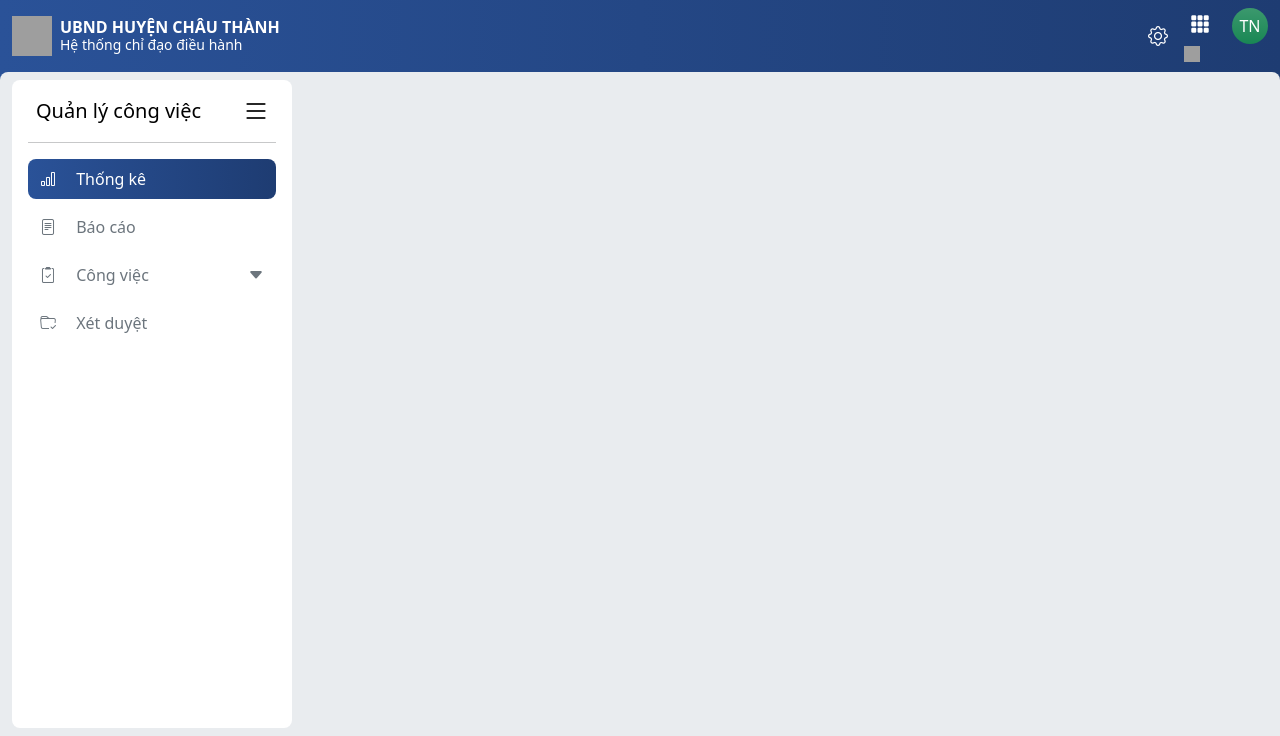
Repository: mys-pro/DATT-HeThongChiDaoDieuHanh
Page: index.html
An editor plug-in stored every save of this project. The page is shown before and after the next save, followed by the edit.
The browser window is 1280 px wide. The pictures show the whole page.
Pictures or frames that could not be fetched are drawn as grey boxes.

Above is the page before, as saved 2024-04-21 14:54:37.

### index.html
<!DOCTYPE html>
<html lang="en">

<head>
    <meta charset="UTF-8">
    <meta name="viewport" content="width=device-width, initial-scale=1.0">
    <link rel="icon" href="./Assets/Image/icon.png" />
    <title>Hệ thống chỉ đạo điều hành</title>
    <link rel="stylesheet" href="./Bootstrap/bootstrap-icons-1.11.3/font/bootstrap-icons.min.css">
    <link rel="stylesheet" href="./Bootstrap/bootstrap-5.3.3-dist/css/bootstrap.min.css">
    <link rel="stylesheet" href="./Assets/css/Styles.css">
    <script src="./Assets/js/jquery-3.7.1.min.js"></script>
    <script src="./Bootstrap/bootstrap-5.3.3-dist/js/bootstrap.bundle.min.js"></script>
    <script src="./Assets/js/script.js"></script>
</head>

<body>
    <div class="app">
        <header class="header">
            <nav class="header__navbar navbar">
                <div class="header__navbar-container container-fluid">
                    <a href="#" class="header__navbar-logo navbar-brand p-0 d-flex">
                        <img class="header__navbar-img" src="./Assets/Image/Logo.png" alt="">
                        <div class="header__navbar-name mx-2 text-white align-content-center">
                            <h6 class="fw-bold p-0 m-0">UBND HUYỆN CHÂU THÀNH</h6>
                            <h6 class="fw-normal p-0 m-0">Hệ thống chỉ đạo điều hành</h6>
                        </div>
                    </a>

                    <ul class="header__navbar-list list-inline p-0 m-0 d-flex">
                        <li class="header__navbar-item ms-3 align-content-center">
                            <a class="border-0 bg-transparent rounded-circle text-white">
                                <i class="bi bi-gear fs-5"></i>
                            </a>
                        </li>
                        <li class="header__navbar-item ms-3 align-content-center">
                            <button type="button" class="border-0 bg-transparent rounded-circle text-white"
                            id="dropdown-apps">
                                <i class="bi bi-grid-3x3-gap-fill fs-5"></i>
                            </button>
                            <div class="row-cols-2" id="list-apps">
                                <div class="col">
                                    <img src="./Assets/Image/task-icon.png" alt="" width="16px" height="16px">
                                </div>
                            </div>
                        </li>
                        <li class="header__navbar-item ms-3">
                            <div class="header__navbar-avatar border-0 bg-success bg-gradient rounded-circle text-white text-center align-content-center">TN</div>
                        </li>
                    </ul>
                </div>
            </nav>
        </header>

        <div class="app__container bg-body-secondary rounded-top-3 py-2">
            <div class="container-fluid">
                <div class="sidebar bg-white rounded-3 p-3 open">
                    <div class="side__bar-tile d-flex position-relative">
                        <span class="ms-2 text-black fs-5 text-nowrap">Quản lý công việc</span>
                        <button type="button"
                            class="sidebar__collapse-btn border-0 bg-white position-absolute text-end end-0">
                            <i class="bi bi-list"></i>
                        </button>
                    </div>
                    <hr>

                    <ul class="sidebar-list list-unstyled p-0 m-0">
                        <li class="sidebar-item mb-2">
                            <a href="#" class="rounded-3 text-secondary text-nowrap d-block active">
                                <i class="bi bi-bar-chart me-3"></i>
                                <span>Thống kê</span>
                            </a>
                        </li>

                        <li class="sidebar-item mb-2">
                            <a href="#" class="rounded-3 text-secondary text-nowrap d-block">
                                <i class="bi bi-file-text me-3"></i>
                                <span>Báo cáo</span>
                            </a>
                        </li>

                        <li class="sidebar-item mb-2">
                            <a href="#" class="position-relative rounded-3 text-secondary text-nowrap d-block collapsed"
                                data-bs-toggle="collapse" data-bs-target="#sidebarToggleExternalContent">
                                <i class="bi bi-clipboard2-check me-3"></i>
                                <span>Công việc</span>
                                <i class="bi bi-caret-down-fill"></i>
                            </a>

                            <ul class="sidebar-list-child collapse list-inline text-secondary text-nowrap"
                                id="sidebarToggleExternalContent">
                                <li class="sidebar-item-child mt-2">
                                    <a href="#"
                                        class="text-secondary rounded-3 text-nowrap d-block d-flex justify-content-between align-items-center active">
                                        Tất cả
                                        <span class="badge text-bg-danger rounded-pill">1</span>
                                    </a>
                                </li>
                                <li class="sidebar-item-child mt-2">
                                    <a href="#"
                                        class="text-secondary rounded-3 text-nowrap d-block d-flex justify-content-between align-items-center">
                                        Dự thảo
                                        <span class="badge text-bg-danger rounded-pill">1</span>
                                    </a>
                                </li>
                                <li class="sidebar-item-child mt-2">
                                    <a href="#"
                                        class="text-secondary rounded-3 text-nowrap d-block d-flex justify-content-between align-items-center">
                                        Hoàn thành
                                        <span class="badge text-bg-danger rounded-pill">1</span>
                                    </a>
                                </li>
                                <li class="sidebar-item-child mt-2">
                                    <a href="#"
                                        class="text-secondary rounded-3 text-nowrap d-block d-flex justify-content-between align-items-center">
                                        Chờ phê duyệt
                                        <span class="badge text-bg-danger rounded-pill">1</span>
                                    </a>
                                </li>
                                <li class="sidebar-item-child mt-2">
                                    <a href="#"
                                        class="text-secondary rounded-3 text-nowrap d-block d-flex justify-content-between align-items-center">
                                        Làm lại
                                        <span class="badge text-bg-danger rounded-pill">1</span>
                                    </a>
                                </li>
                                <li class="sidebar-item-child mt-2">
                                    <a href="#"
                                        class="text-secondary rounded-3 text-nowrap d-block d-flex justify-content-between align-items-center">
                                        Bị hủy
                                        <span class="badge text-bg-danger rounded-pill">1</span>
                                    </a>
                                </li>
                            </ul>
                        </li>

                        <li class="sidebar-item mb-2">
                            <a href="#" class="rounded-3 text-secondary text-nowrap d-block">
                                <i class="bi bi-folder-check me-3"></i>
                                <span>Xét duyệt</span>
                            </a>
                        </li>
                    </ul>
                </div>
            </div>
        </div>
    </div>
</body>

</html>

### Assets/css/Styles.css
:root {
    --primary-color: #2a5298;
    --primary-gradient-color: linear-gradient(to left, #1e3c72, #2a5298);
    --bs-body-color: #212529;
}

body {
    overflow: auto;
}

.col-0 {
    display: none;
}

.app {
    background-image: var(--primary-gradient-color);
}
/* ======Navbar====== */
.header__navbar-img {
    width: 40px;
    height: 40px;
}

.header__navbar-name h6:first-child {
    font-size: 16px;
}

.header__navbar-name h6:last-child {
    font-size: 14px;
}

.header__navbar-avatar {
    width: 36px;
    height: 36px;
}

.header__navbar-item a {
    cursor: pointer;
}

.header__navbar-item span {
    top: 25%;
    right: -15px;
}
/* ======Sidebar====== */
.sidebar {
    --height: calc(100vh - 56px - 16px);
    min-height: var(--height);
    width: 72px;
    transition: all .2s ease-out;
}

.sidebar.open {
    width: 280px;
}

.sidebar a {
    padding: 8px 12px;
    text-decoration: none;
    overflow: hidden;
}

.sidebar span {
    overflow: hidden;
}

.sidebar__collapse-btn {
    font-size: 28px;
    line-height: 0;
}

.sidebar-list-child {
    overflow: hidden;
}

.sidebar-item > a:hover {
    background-color: rgba(0, 0, 0, 0.05) !important;
}

.sidebar-item > a:active {
    background-color: rgba(0, 0, 0, 0.1) !important;
}

.sidebar-item > a.active {
    background-image: var(--primary-gradient-color);
    color: white !important;
}

.sidebar:not(.open) .sidebar-list-child {
    display: none;
}

.sidebar-item > a[data-bs-toggle="collapse"].collapsed > i:last-child {
    position: absolute;
    right: 12px;
    top: 0.5rem;
    transform: rotate(0deg);
    transition: all .2s ease-out;
}

.sidebar-item > a[data-bs-toggle="collapse"] > i:last-child {
    position: absolute;
    right: 12px;
    top: 0.5rem;
    transform: rotate(180deg);
    transition: all .2s ease-out;
}

.sidebar:not(.open) .sidebar-item > a[data-bs-toggle="collapse"] > i:last-child {
    display: none;
}

.sidebar-item-child > a:not(.active):hover {
    background-color: rgba(0, 0, 0, 0.05) !important;
}

.sidebar-item-child > a:not(.active):active,
.sidebar-item-child > a.active {
    background-color: rgba(0, 0, 0, 0.1) !important;
}

@media (max-width: 576px) {
    .sidebar {
        display: none;
    }

    .header__navbar-list {
        display: none !important;
    }
}

### Assets/js/script.js
$(document).ready(function() {
    $('.sidebar__collapse-btn').click(function() {
        $(".sidebar").toggleClass("open");
    });

    $('.sidebar-item > a').click(function() {
        $('.sidebar-item > a').removeClass("active");
        $(this).addClass("active");
        $('#sidebarToggleExternalContent').collapse('hide');
    });

    $('.sidebar-item > a[data-bs-toggle="collapse"]').click(function() {
        $('.sidebar-item-child > a').removeClass("active");
        $('.sidebar-item-child > a:first').addClass("active");
      });

    $('.sidebar-item-child > a').click(function() {
        $('.sidebar-item-child > a').removeClass("active");
        $(this).addClass("active");
    });
});

Loaded but not shown: library/Bootstrap/bootstrap-icons-1.11.3/font/bootstrap-icons.min.css (library); library/Bootstrap/bootstrap-5.3.3-dist/css/bootstrap.min.css (library); Public/js/jquery-3.7.1.min.js (library); library/Bootstrap/bootstrap-5.3.3-dist/js/bootstrap.bundle.min.js (library)

After the next save:
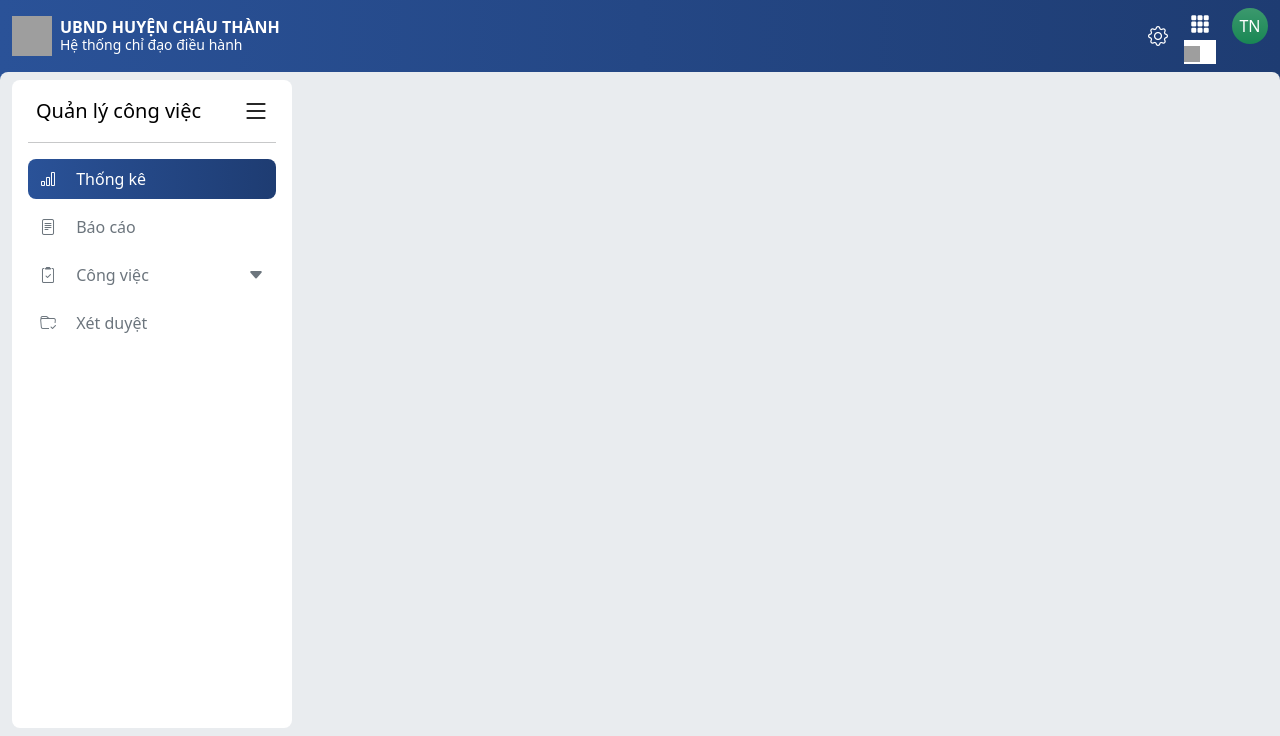
Saved 12 s later.
--- a/index.html
+++ b/index.html
@@ -38,7 +38,7 @@
                             id="dropdown-apps">
                                 <i class="bi bi-grid-3x3-gap-fill fs-5"></i>
                             </button>
-                            <div class="row-cols-2" id="list-apps">
+                            <div class="row-cols-2 bg-white" id="list-apps">
                                 <div class="col">
                                     <img src="./Assets/Image/task-icon.png" alt="" width="16px" height="16px">
                                 </div>
